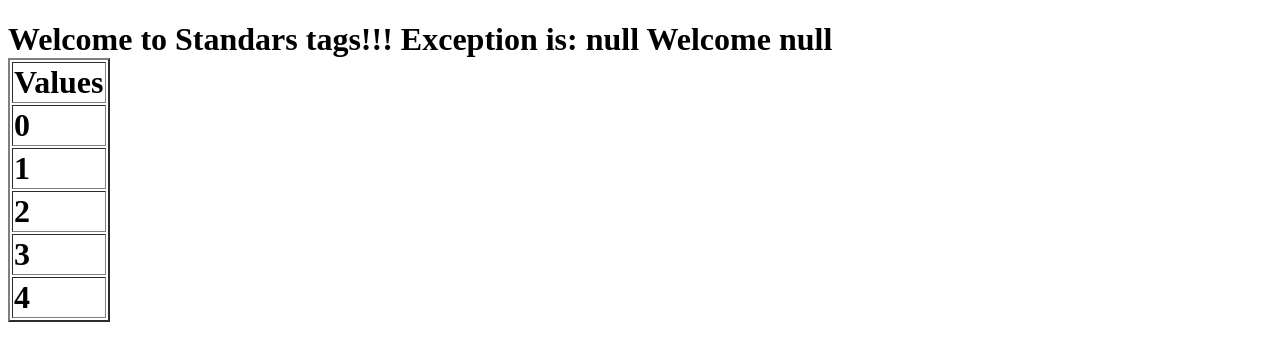
Repository: aditiee/CybageTraining
Page: http://localhost/shoppingcart/StandTags.jsp
An editor plug-in stored every save of this project. The page is shown before and after the next save, followed by the edit.
The browser window is 1280 px wide. The pictures show the whole page.
The page is served by Tomcat 9. Other server files are loaded and not shown.

Above is the page before, as saved 2019-02-08 07:15:47.

### Advance Java/demos/shoppingcart/src/main/webapp/StandTags.jsp
<%@ page language="java" contentType="text/html; charset=ISO-8859-1"
    pageEncoding="ISO-8859-1"%>
<!DOCTYPE html PUBLIC "-//W3C//DTD HTML 4.01 Transitional//EN" "http://www.w3.org/TR/html4/loose.dtd">
<html>
<head>
<meta http-equiv="Content-Type" content="text/html; charset=ISO-8859-1">
<title>Insert title here</title>
</head>
<body>
<h1>Welcome to Standars tags!!!
<jsp:include page="First.jsp"></jsp:include>
</body>
</html>

### Advance Java/demos/shoppingcart/src/main/webapp/First.jsp
<%@ page language="java" contentType="text/html; charset=ISO-8859-1"
    pageEncoding="ISO-8859-1" autoFlush="true" isErrorPage="true"%>

<!DOCTYPE html PUBLIC "-//W3C//DTD HTML 4.01 Transitional//EN" "http://www.w3.org/TR/html4/loose.dtd">
<html>
<head>
<meta http-equiv="Content-Type" content="text/html; charset=ISO-8859-1">
<title>Insert title here</title>
</head>
<body>

Exception is: <%=exception %>


<%!int x=89,i=0; %>

Welcome <%= pageContext.getAttribute("uname",PageContext.REQUEST_SCOPE) %>
<table border=2>
<tr> <th> Values</th></tr>
<% for(i=0;i<5;i++){ %>
<tr><td><%=i %></td> <%} %> </tr>
</table>
<%-- <% if(x>90){
System.out.println(x+"Greater than 90"); } else%>
<br>
<% System.out.println(x+"Less than 90"); %> --%>

</body>
</html>

After the next save:
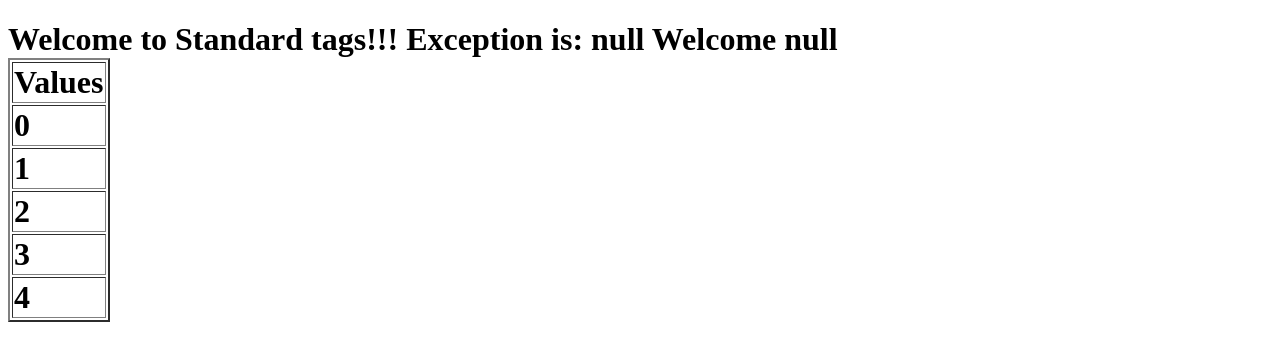
Saved 8 s later.
--- a/Advance Java/demos/shoppingcart/src/main/webapp/StandTags.jsp
+++ b/Advance Java/demos/shoppingcart/src/main/webapp/StandTags.jsp
@@ -7,7 +7,7 @@
 <title>Insert title here</title>
 </head>
 <body>
-<h1>Welcome to Standars tags!!!
+<h1>Welcome to Standard tags!!!
 <jsp:include page="First.jsp"></jsp:include>
 </body>
 </html>
